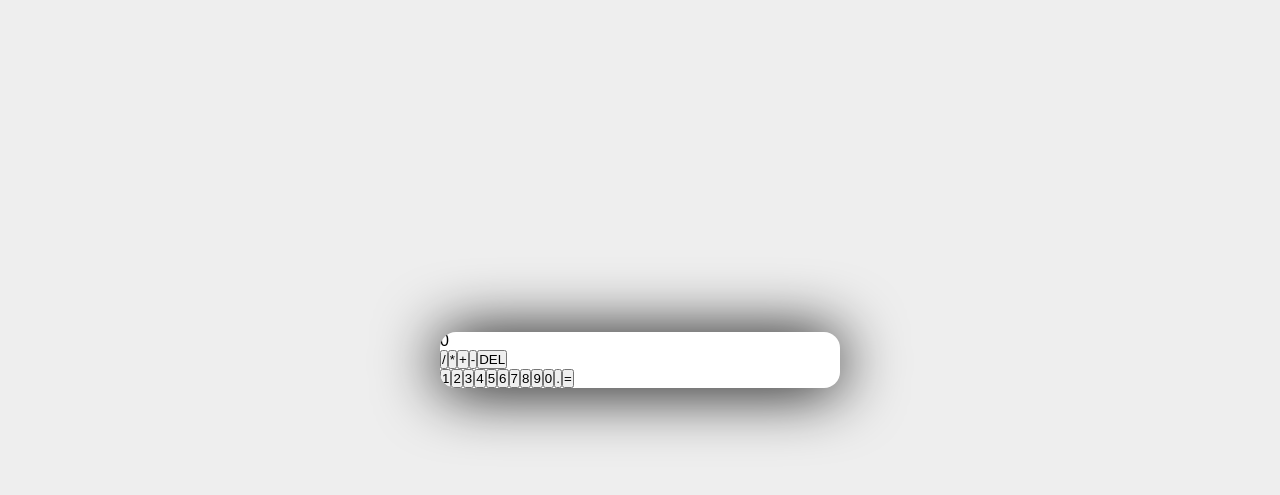
Repository: wakoya-tech/calculator-app
Page: /
An editor plug-in stored every save of this project. The page is shown before and after the next save, followed by the edit.
The browser window is 1280 px wide. The pictures show the whole page.
The project was rebuilt for these pictures with package versions that can differ from the ones it lists, and the page was loaded fresh each time. Also part of the build but not shown: vite.config.js.

Above is the page before, as saved 2025-10-16 23:11:10.

### src/main.jsx
import React from 'react'
import ReactDOM from 'react-dom/client'
import App from './App.jsx'
import './App.css'

ReactDOM.createRoot(document.getElementById('root')).render(
  <React.StrictMode>
    <App />
  </React.StrictMode>
)

### src/App.jsx
import './App.css';  // Not index.css!
function App() {
  const createDigits=()=>{
    const digits=[];
    for(let i=1; i<10;i++){
      digits.push(
        <button key={i}>{i}</button>
      )
    }
    return digits;
  }
  return (
    <div className="App">
     <div className="calculator">
      <div className="display">
        <span>{0}</span>
      </div>
      <div className="operators">
        <button>/</button>
        <button>*</button>
        <button>+</button>
        <button>-</button>
        <button>DEL</button>
      </div>
      <div className="digits">
        {createDigits() }
        <button>0</button>
        <button>.</button>
        <button>=</button>
      </div>
     </div>

    </div>
  )
}

export default App

### src/App.css
:root{
  --primary:#d71e5b;
  --secondary:#8c38ff;
  --dark:#131a26;
  --light:#eee;
}
*{
  margin: 0;
  padding: 0;
  box-sizing: border-box;
  font-family: 'Fira Sans', sans-serif;
}
body{
  background-color: var(--light);

}
.App{
  display: flex;
  min-height: 100vh;
  align-items: center;

  justify-content: center;
}
.calculator{
  width: 100%;
  max-width: 400px;
  background-color: #fff;
  border-radius: 16px;
  overflow: hidden;
  box-shadow: 0px 2px 64px  rgb(0, 0,0.2);
}

Loaded but not shown: index.html (common file)

After the next save:
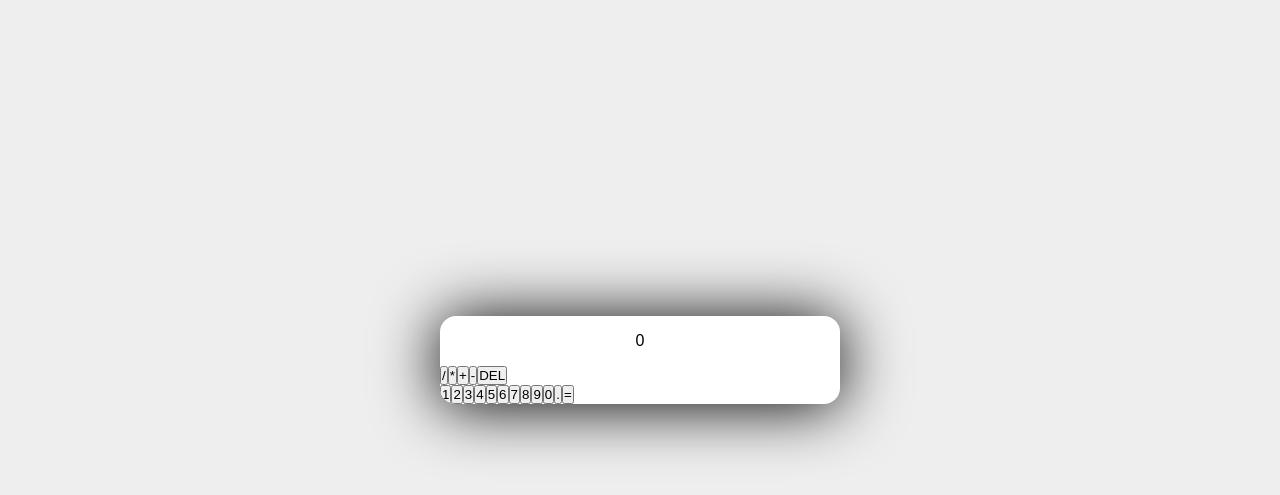
Saved 47 s later.
--- a/src/App.css
+++ b/src/App.css
@@ -29,3 +29,7 @@ body{
   overflow: hidden;
   box-shadow: 0px 2px 64px  rgb(0, 0,0.2);
 }
+.display{
+  padding: 16px;
+  text-align: center;
+}
